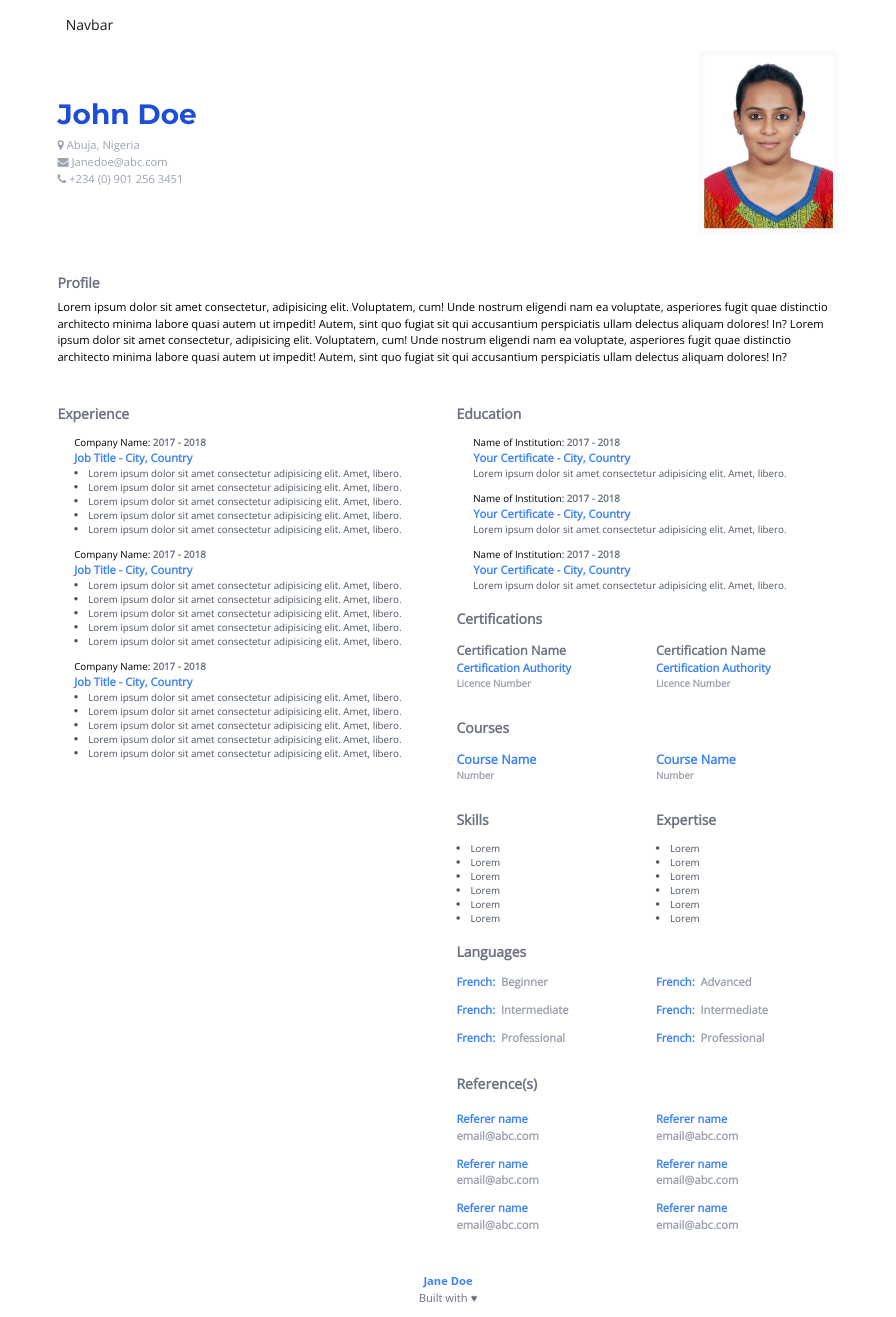
Repository: latenightsnacc/giggles
Page: HTML/CV.html
An editor plug-in stored every save of this project. The page is shown before and after the next save, followed by the edit.
The browser window is 1280 px wide. The pictures show the whole page, at 70% of full size.
Some web libraries are served in a nearby version.

Above is the page before, as saved 2021-01-06 16:06:04.

### HTML/CV.html
<!DOCTYPE html>
<html lang="en">
<head>
    <meta charset="UTF-8">
    <meta name="viewport" content="width=device-width, initial-scale=1.0">
    <link href="https://cdnjs.cloudflare.com/ajax/libs/tailwindcss/2.0.2/tailwind.min.css" rel="stylesheet">
    <link rel="stylesheet" href="https://stackpath.bootstrapcdn.com/font-awesome/4.7.0/css/font-awesome.min.css" />
    <link href="https://cdn.jsdelivr.net/npm/bootstrap@5.0.0-beta1/dist/css/bootstrap.min.css" rel="stylesheet" integrity="sha384-giJF6kkoqNQ00vy+HMDP7azOuL0xtbfIcaT9wjKHr8RbDVddVHyTfAAsrekwKmP1" crossorigin="anonymous">
    <link rel="stylesheet" href="stylesheet.css">
    <title>CV Page</title>
</head>
<body class="overflow-x-hidden">
    <!--Navigation-->
    <header class="container">
        <nav class="navbar navbar-expand-lg navbar-light bg-white py-3">
            <div class="container-fluid">
              <a class="navbar-brand" href="search.html">Navbar</a>
              <button class="navbar-toggler" type="button" data-bs-toggle="collapse" data-bs-target="#navbarNavDropdown" aria-controls="navbarNavDropdown" aria-expanded="false" aria-label="Toggle navigation">
                <span class="navbar-toggler-icon"></span>
              </button>
              <div class="collapse navbar-collapse" id="navbarNavDropdown">

              </div>
            </div>
        </nav>
    </header>
    <main>
        <!--Basic Profile-->
        <div class="container">
            <div class="row flex items-center">
                <div class="col-xs-6 col-sm-6 col-md-6 col-lg-6 col-xl-6">
                    <div class="flex flex-col justify-items-center  my-2 md:my-0 md:justify-items-start">
                        <h1 class="font-bold text-blue-700">John Doe</h1>
                        <li class="list-none text-gray-400">
                            <i class="fa fa-map-marker"></i>
                            Abuja, Nigeria
                        </li>
                        <li class="list-none text-gray-400">
                            <i class="fa fa-envelope"></i>
                            Janedoe@abc.com
                        </li>
                        <li class="list-none text-gray-400">
                            <i class="fa fa-phone"></i>
                            +234 (0) 901 256 3451
                        </li>
                    </div>
                </div>
                <div class="col-xs-6 col-sm-6 col-md-6 col-lg-6 col-xl-6">
                    <div>
                        <img class="border-8 border-gray-50 mx-auto md:float-right" src="assets/passportPhoto.jpg" style="width:200px" alt="profile picture">
                    </div>
                </div>

            </div>
        </div>

        <div class="container my-5">
            <div class="text-gray-500 font-semibold text-xl py-2">Profile</div>
            <p class="text-md text-black">Lorem ipsum dolor sit amet consectetur, adipisicing elit. Voluptatem, cum! Unde nostrum eligendi nam ea voluptate, asperiores fugit quae distinctio architecto minima labore quasi autem ut impedit! Autem, sint quo fugiat sit qui accusantium perspiciatis ullam delectus aliquam dolores! In? Lorem ipsum dolor sit amet consectetur, adipisicing elit. Voluptatem, cum! Unde nostrum eligendi nam ea voluptate, asperiores fugit quae distinctio architecto minima labore quasi autem ut impedit! Autem, sint quo fugiat sit qui accusantium perspiciatis ullam delectus aliquam dolores! In?</p>
        </div>

        <div class="container my-5">
            <div class="row">
                <div class="col-xs-12 col-sm-12 col-md-12 col-lg-6 col-xl-6">
                    <div class="text-gray-500 font-semibold text-xl py-2">Experience</div>
                    <div class="container-sm my-2">
                        <div class="text-black text-sm">Company Name: <span class="text-gray-500 font-semibold">2017 - 2018</span></div>
                        <div class="font-bold text-md text-blue-500">Job Title - City, Country</div>
                        <li class="text-sm text-gray-600">Lorem ipsum dolor sit amet consectetur adipisicing elit. Amet, libero.</li>
                        <li class="text-sm text-gray-600">Lorem ipsum dolor sit amet consectetur adipisicing elit. Amet, libero.</li>
                        <li class="text-sm text-gray-600">Lorem ipsum dolor sit amet consectetur adipisicing elit. Amet, libero.</li>
                        <li class="text-sm text-gray-600">Lorem ipsum dolor sit amet consectetur adipisicing elit. Amet, libero.</li>
                        <li class="text-sm text-gray-600">Lorem ipsum dolor sit amet consectetur adipisicing elit. Amet, libero.</li>
                    </div>
                    <div class="container-sm my-3">
                        <div class="text-black text-sm">Company Name: <span class="text-gray-500 font-semibold">2017 - 2018</span></div>
                        <div class="font-bold text-md text-blue-500">Job Title - City, Country</div>
                        <li class="text-sm text-gray-600">Lorem ipsum dolor sit amet consectetur adipisicing elit. Amet, libero.</li>
                        <li class="text-sm text-gray-600">Lorem ipsum dolor sit amet consectetur adipisicing elit. Amet, libero.</li>
                        <li class="text-sm text-gray-600">Lorem ipsum dolor sit amet consectetur adipisicing elit. Amet, libero.</li>
                        <li class="text-sm text-gray-600">Lorem ipsum dolor sit amet consectetur adipisicing elit. Amet, libero.</li>
                        <li class="text-sm text-gray-600">Lorem ipsum dolor sit amet consectetur adipisicing elit. Amet, libero.</li>
                    </div>
                    <div class="container-sm my-3">
                        <div class="text-black text-sm">Company Name: <span class="text-gray-500 font-semibold">2017 - 2018</span></div>
                        <div class="font-bold text-md text-blue-500">Job Title - City, Country</div>
                        <li class="text-sm text-gray-600">Lorem ipsum dolor sit amet consectetur adipisicing elit. Amet, libero.</li>
                        <li class="text-sm text-gray-600">Lorem ipsum dolor sit amet consectetur adipisicing elit. Amet, libero.</li>
                        <li class="text-sm text-gray-600">Lorem ipsum dolor sit amet consectetur adipisicing elit. Amet, libero.</li>
                        <li class="text-sm text-gray-600">Lorem ipsum dolor sit amet consectetur adipisicing elit. Amet, libero.</li>
                        <li class="text-sm text-gray-600">Lorem ipsum dolor sit amet consectetur adipisicing elit. Amet, libero.</li>
                    </div>
                </div>
                <div class="col-xs-12 col-sm-12 col-md-12 col-lg-6 col-xl-6">
                    <div class="text-gray-500 font-semibold text-xl py-2">Education</div>
                    <div class="container-sm my-2">
                        <div class="text-black text-sm">Name of Institution: <span class="text-gray-500 font-semibold"> 2017 - 2018</span></div>
                        <div class="font-bold text-md text-blue-500">Your Certificate - City, Country</div>
                        <p class="text-sm text-gray-600">Lorem ipsum dolor sit amet consectetur adipisicing elit. Amet, libero.</p>
                    </div>
                    <div class="container-sm my-2">
                        <div class="text-black text-sm">Name of Institution: <span class="text-gray-500 font-semibold"> 2017 - 2018</span></div>
                        <div class="font-bold text-md text-blue-500">Your Certificate - City, Country</div>
                        <p class="text-sm text-gray-600">Lorem ipsum dolor sit amet consectetur adipisicing elit. Amet, libero.</p>
                    </div>
                    <div class="container-sm my-2">
                        <div class="text-black text-sm">Name of Institution: <span class="text-gray-500 font-semibold"> 2017 - 2018</span></div>
                        <div class="font-bold text-md text-blue-500">Your Certificate - City, Country</div>
                        <p class="text-sm text-gray-600">Lorem ipsum dolor sit amet consectetur adipisicing elit. Amet, libero.</p>
                    </div>
                    <div class="text-gray-500 font-semibold text-xl py-2 mt-3 mb-2">Certifications</div>
                    <div class="row">
                        <div class="col-xs-6 col-sm-6 col-md-6 col-lg-6 col-xl-6">
                            <div class="text-gray-500 font-semibold text-lg">Certification Name</div>
                            <div class="font-bold text-md text-blue-500">Certification Authority</div>
                            <p class="font-semibold text-sm text-gray-400">Licence Number</p>
                        </div>
                        <div class="col-xs-6 col-sm-6 col-md-6 col-lg-6 col-xl-6">
                            <div class="text-gray-500 font-semibold text-lg">Certification Name</div>
                            <div class="font-bold text-md text-blue-500">Certification Authority</div>
                            <p class="font-semibold text-sm text-gray-400">Licence Number</p>
                        </div>
                    </div>
                    <div class="text-gray-500 font-semibold text-xl py-2 mt-3 mb-2">Courses</div>
                    <div class="row">
                        <div class="col-xs-6 col-sm-6 col-md-6 col-lg-6 col-xl-6">
                            <div class="text-blue-500 font-semibold text-lg">Course Name</div>
                            <p class="font-semibold text-sm text-gray-400">Number</p>
                        </div>
                        <div class="col-xs-6 col-sm-6 col-md-6 col-lg-6 col-xl-6">
                            <div class="text-blue-500 font-semibold text-lg">Course Name</div>
                            <p class="font-semibold text-sm text-gray-400">Number</p>
                        </div>
                    </div>
                    <div class="row">
                        <div class="col-xs-6 col-sm-6 col-md-6 col-lg-6 col-xl-6">
                            <div class="text-gray-500 font-semibold text-xl py-2 mt-3 mb-2">Skills</div>
                            <li class="text-sm text-gray-600">Lorem</li>
                            <li class="text-sm text-gray-600">Lorem</li>
                            <li class="text-sm text-gray-600">Lorem</li>
                            <li class="text-sm text-gray-600">Lorem</li>
                            <li class="text-sm text-gray-600">Lorem</li>
                            <li class="text-sm text-gray-600">Lorem</li>

                        </div>
                        <div class="col-xs-6 col-sm-6 col-md-6 col-lg-6 col-xl-6">
                            <div class="text-gray-500 font-semibold text-xl py-2 mt-3 mb-2">Expertise</div>
                            <li class="text-sm text-gray-600">Lorem</li>
                            <li class="text-sm text-gray-600">Lorem</li>
                            <li class="text-sm text-gray-600">Lorem</li>
                            <li class="text-sm text-gray-600">Lorem</li>
                            <li class="text-sm text-gray-600">Lorem</li>
                            <li class="text-sm text-gray-600">Lorem</li>
                        </div>
                    </div>
                    <div class="row">
                        <div class="text-gray-500 font-semibold text-xl py-2 mt-3 mb-2">Languages</div>
                        <div class="col-xs-6 col-sm-6 col-md-6 col-lg-6 col-xl-6">
                            <div class="flex flex-row w-100">
                                <div class="font-bold text-md text-blue-500">French: </div>
                                <p class="font-semibold text-md text-gray-400">&nbsp; Beginner</p>
                            </div>
                            <div class="flex flex-row w-100">
                                <div class="font-bold text-md text-blue-500">French: </div>
                                <p class="font-semibold text-md text-gray-400">&nbsp; Intermediate</p>
                            </div>
                            <div class="flex flex-row w-100">
                                <div class="font-bold text-md text-blue-500">French: </div>
                                <p class="font-semibold text-md text-gray-400">&nbsp; Professional</p>
                            </div>
                        </div>
                        <div class="col-xs-6 col-sm-6 col-md-6 col-lg-6 col-xl-6">
                            <div class="flex flex-row w-100">
                                <div class="font-bold text-md text-blue-500">French: </div>
                                <p class="font-semibold text-md text-gray-400">&nbsp; Advanced</p>
                            </div>
                            <div class="flex flex-row w-100">
                                <div class="font-bold text-md text-blue-500">French: </div>
                                <p class="font-semibold text-md text-gray-400">&nbsp; Intermediate</p>
                            </div>
                            <div class="flex flex-row w-100">
                                <div class="font-bold text-md text-blue-500">French: </div>
                                <p class="font-semibold text-md text-gray-400">&nbsp; Professional</p>
                            </div>
                        </div>
                    </div>

                    <div class="row">
                        <div class="text-gray-500 font-semibold text-xl py-2 mt-3 mb-2">Reference(s)</div>
                        <div class="col-xs-6 col-sm-6 col-md-6 col-lg-6 col-xl-6">
                            <div class="py-2">
                                <div class="font-bold text-md text-blue-500">Referer name </div>
                                <a href="mailto:#" class="no-underline font-semibold text-md text-gray-400 hover:underline">email@abc.com</a>
                            </div>
                            <div class="py-2">
                                <div class="font-bold text-md text-blue-500">Referer name </div>
                                <a href="mailto:#" class="no-underline font-semibold text-md text-gray-400 hover:underline">email@abc.com</a>
                            </div>
                            <div class="py-2">
                                <div class="font-bold text-md text-blue-500">Referer name </div>
                                <a href="mailto:#" class="no-underline font-semibold text-md text-gray-400 hover:underline">email@abc.com</a>
                            </div>

                        </div>
                        <div class="col-xs-6 col-sm-6 col-md-6 col-lg-6 col-xl-6">
                            <div class="py-2">
                                <div class="font-bold text-md text-blue-500">Referer name </div>
                                <a href="mailto:#" class="no-underline font-semibold text-md text-gray-400 hover:underline">email@abc.com</a>
                            </div>
                            <div class="py-2">
                                <div class="font-bold text-md text-blue-500">Referer name </div>
                                <a href="mailto:#" class="no-underline font-semibold text-md text-gray-400 hover:underline">email@abc.com</a>
                            </div>
                            <div class="py-2">
                                <div class="font-bold text-md text-blue-500">Referer name </div>
                                <a href="mailto:#" class="no-underline font-semibold text-md text-gray-400 hover:underline">email@abc.com</a>
                            </div>
                        </div>
                    </div>

                </div>
            </div>
        </div>
    </main>
    <footer class="text-center text-l text-blue-500 font-semibold">
        Jane Doe
        <p class="text-gray-500">Built with &hearts;</p>
    </footer>

    <script src="https://cdn.jsdelivr.net/npm/bootstrap@5.0.0-beta1/dist/js/bootstrap.bundle.min.js" integrity="sha384-ygbV9kiqUc6oa4msXn9868pTtWMgiQaeYH7/t7LECLbyPA2x65Kgf80OJFdroafW" crossorigin="anonymous"></script>

</body>
</html>

### HTML/stylesheet.css
@import url('https://fonts.googleapis.com/css2?family=Montserrat:wght@400;700&family=Open+Sans:wght@300;400&display=swap');

h1, h2, h3, h4, h5, h6 {
    font-family: 'Montserrat', sans-serif;
}
.user-info h1 {
    line-height: 60px;
    font-size: 50px;
    font-weight: 700;
    margin-top: 20px;
}
.user-info h2 {
    line-height: 27px;
    font-size: 18px;
    font-weight: 400;
    margin-top: 15px;
}
.user-info span {
    line-height: 36px;
    font-size: 30px;
    font-weight: 600;
}
.user-info p {
    margin: 5px 0;
}
.user-info button {
    margin-top: 10px;
}
p, div, a, button {
    font-family: 'Open Sans', sans-serif;
    font-weight: 300;
}

.work-experience .row:hover .text {
    border:2px solid  #3b82f6;

}
.work-experience .row:hover .flex .no {
    border:1px solid #3b82f6;

}
.nav-link {
    color: #3b82f6 !important;
}
.nav-item .active{
    font-weight: 600;
}

After the next save:
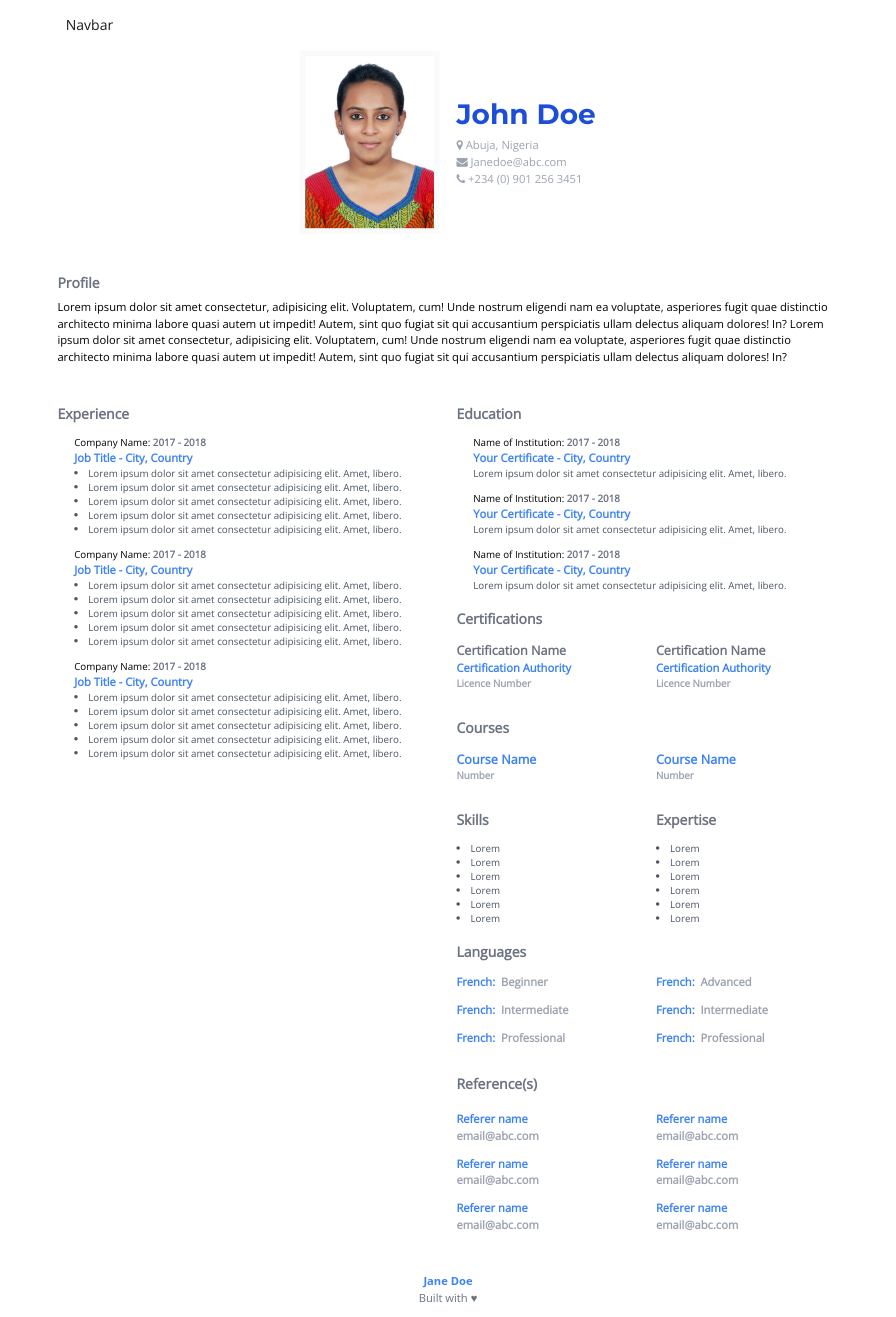
Saved 94 s later.
--- a/HTML/CV.html
+++ b/HTML/CV.html
@@ -27,7 +27,7 @@
     <main>
         <!--Basic Profile-->
         <div class="container">
-            <div class="row flex items-center">
+            <div class="row flex flex-row-reverse items-center md:flex-row">
                 <div class="col-xs-6 col-sm-6 col-md-6 col-lg-6 col-xl-6">
                     <div class="flex flex-col justify-items-center  my-2 md:my-0 md:justify-items-start">
                         <h1 class="font-bold text-blue-700">John Doe</h1>

After the save that followed:
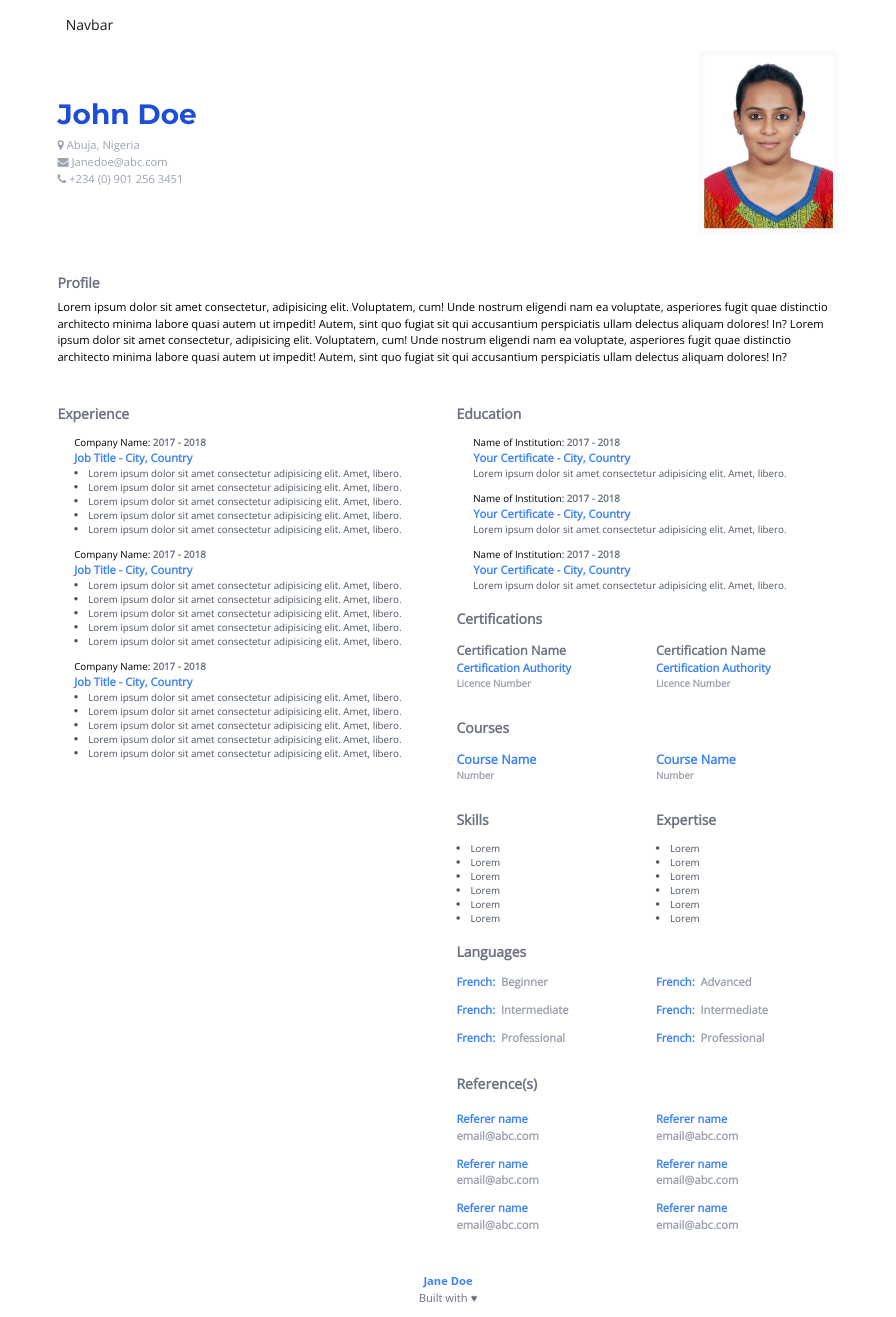
Saved 15 s later.
--- a/HTML/CV.html
+++ b/HTML/CV.html
@@ -27,7 +27,7 @@
     <main>
         <!--Basic Profile-->
         <div class="container">
-            <div class="row flex flex-row-reverse items-center md:flex-row">
+            <div class="row flex flex-col-reverse items-center md:flex-row">
                 <div class="col-xs-6 col-sm-6 col-md-6 col-lg-6 col-xl-6">
                     <div class="flex flex-col justify-items-center  my-2 md:my-0 md:justify-items-start">
                         <h1 class="font-bold text-blue-700">John Doe</h1>
